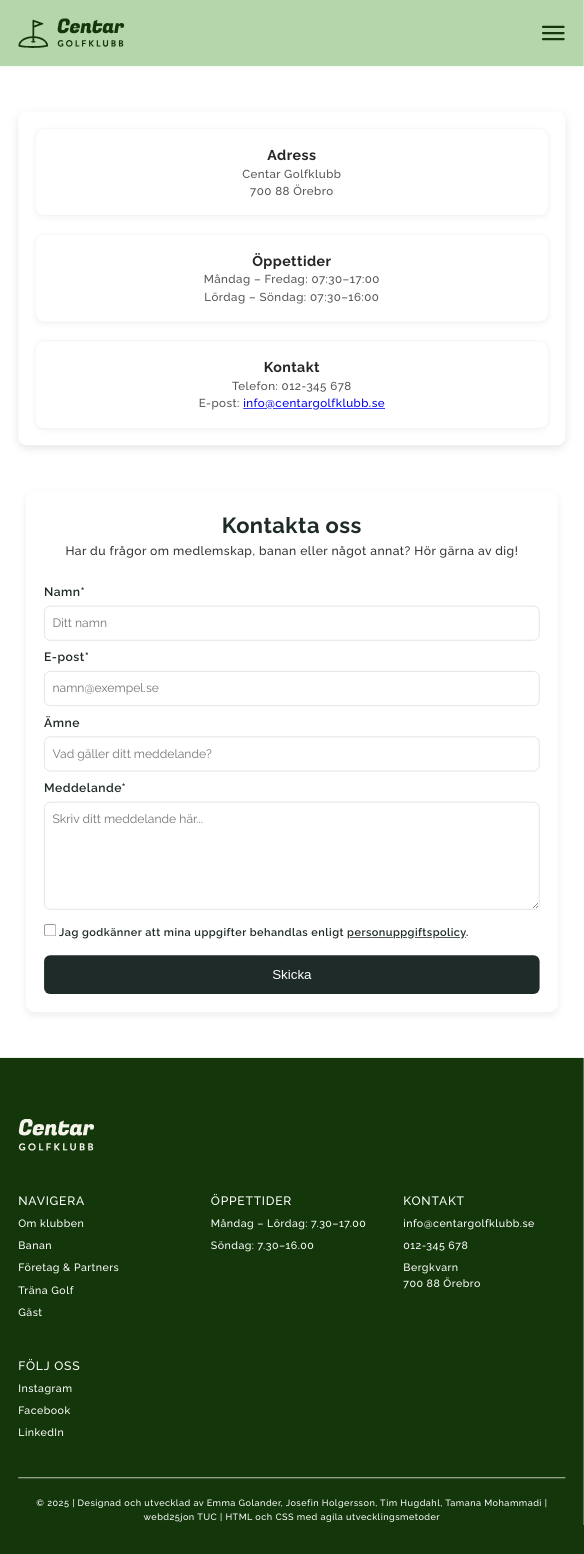
Repository: Tamana831/GolfklubbCentar
Page: kontakt.html
These files come from the project's save history. The page is drawn as it stood at one moment and after the next save; the edit follows.
The browser window is 768 px wide. The pictures show the whole page, at 76% of full size.

Above is the page before, as saved 2025-10-24 00:30:40.

### kontakt.html
<!DOCTYPE html>
<html lang="sv">
  <head>
    <meta charset="UTF-8" />
    <meta name="viewport" content="width=device-width, initial-scale=1.0" />
    <title>Design element</title>
    <!-- variables.css och base.css måste ligga överst då vi vill att den ska läsas in först -->
    <link rel="stylesheet" href="styles/variables.css" />
    <link rel="stylesheet" href="styles/base.css" />
    <link rel="stylesheet" href="styles/kontakt.css" />
  </head>
  <body>
    <!-- Sätter färg hela vägen ut -->
    <header class="bg-green-mid">
      <!-- Nedan div för att sätta maxbredd på sidan -->
      <nav class="container main-nav-wrapper">
        <a href="#"
          ><img
            src="images/centar_logotype_primary_dark.svg"
            alt="Centar logotype"
            class="logotype"
        /></a>
        <input type="checkbox" id="menu-toggle" />
        <label for="menu-toggle" class="menu-button-container">
          <span class="menu-button"></span>
          <!--inline-->
        </label>
        <div class="menu-wrapper">
          <ul>
            <li><a href="spelagolf.html">Spela Golf</a></li>
            <li><a href="medlem.html">Medlem</a></li>
            <li><a href="klubben.html">Klubben</a></li>
            <li><a href="tavling.html">Tävlingar</a></li>
            <li><a href="foretag.html">Företag</a></li>
            <li><a href="restaurang.html">Restaurang</a></li>
            <li><a href="golfshop.html">Golfshop</a></li>
            <li><a href="kontakt.html">Kontakt</a></li>
          </ul>
          <a href="login.html" class="button btn-primary-outline">Logga in</a>
        </div>
      </nav>
    </header>
      <!-- HELA KONTAKTSEKTIONEN MED BAKGRUND -->
    <section class="contact-section" aria-labelledby="kontakt-h1">
      <div class="container">

        <!-- KONTAKT-BOXAR -->
        <div class="contact-wrapper" aria-labelledby="kontakt-info-heading">
          <div class="contact-card" role="region" aria-labelledby="adress-heading">
            <h3 id="adress-heading">Adress</h3>
            <p>Centar Golfklubb<br />700 88 Örebro</p>
          </div>

          <div class="contact-card" role="region" aria-labelledby="oppettider-heading">
            <h3 id="oppettider-heading">Öppettider</h3>
            <p>Måndag – Fredag: 07:30–17:00<br />Lördag – Söndag: 07:30–16:00</p>
          </div>

          <div class="contact-card" role="region" aria-labelledby="kontakt-heading">
            <h3 id="kontakt-heading">Kontakt</h3>
            <p>Telefon: 012-345 678<br />E-post: <a href="mailto:info@centargolfklubb.se">info@centargolfklubb.se</a></p>
          </div>
        </div>

        <!-- FORMULÄR -->
        <div class="contact-container" role="region" aria-labelledby="kontakt-h1">
          <header class="contact-header">
            <h1 id="kontakt-h1">Kontakta oss</h1>
            <p>Har du frågor om medlemskap, banan eller något annat? Hör gärna av dig!</p>
          </header>

          <form class="contact-form" action="#" method="post" novalidate>
            <label for="name">Namn*</label>
            <input type="text" id="name" name="name" required placeholder="Ditt namn" />

            <label for="email">E-post*</label>
            <input type="email" id="email" name="email" required placeholder="namn@exempel.se" />

            <label for="subject">Ämne</label>
            <input type="text" id="subject" name="subject" placeholder="Vad gäller ditt meddelande?" />

            <label for="message">Meddelande*</label>
            <textarea id="message" name="message" rows="5" required placeholder="Skriv ditt meddelande här..."></textarea>

            <!-- GDPR / samtycke -->
            <label class="gdpr-label" for="consent">
              <input type="checkbox" id="consent" name="consent" required />
              Jag godkänner att mina uppgifter behandlas enligt
              <a href="#" target="_blank" rel="noopener noreferrer">personuppgiftspolicy</a>.
            </label>

            <!-- Valfritt: ett litet felmeddelande-element (kan visas via JS/CSS vid behov) -->
            <p class="form-error" aria-live="polite" style="display:none; color:#c0392b; margin-top:8px;">
              Du måste godkänna personuppgiftspolicyn för att skicka formuläret.
            </p>

            <button type="submit">Skicka</button>
          </form>
        </div>
      </div>
    </section>

    <!-- FOOTER -->
    <footer class="bg-green-dark" role="contentinfo">

      <div class="container text-white footer-wrapper">
        <nav class="foot-nav-wrapper body-sm" aria-label="Sidfot navigation">
          <div class="foot-nav-item foot-logo-wrapper">
            <a href="index.html">
              <img src="images/centar_logo_wordmark_neg.svg" alt="Centar logotype negative" class="logo-wordmark" />
            </a>
          </div>

          <section class="foot-nav-item">
            <h5 class="overline">Navigera</h5>
            <ul>
              <li><a href="#">Om klubben</a></li>
              <li><a href="#">Banan</a></li>
              <li><a href="#">Företag &amp; Partners</a></li>
              <li><a href="#">Träna Golf</a></li>
              <li><a href="#">Gäst</a></li>
            </ul>
          </section>

          <section class="foot-nav-item">
            <h5 class="overline">Öppettider</h5>
            <p>Måndag – Lördag: 7.30–17.00</p>
            <p>Söndag: 7.30–16.00</p>
          </section>

          <section class="foot-nav-item">
            <h5 class="overline">Kontakt</h5>
            <a href="mailto:info@centargolfklubb.se">info@centargolfklubb.se</a>
            <a href="tel:+46123456789">012-345 678</a>
            <address>Bergkvarn<br />700 88 Örebro</address>
          </section>

          <section class="foot-nav-item">
            <h5 class="overline">Följ oss</h5>
            <ul>
              <li><a href="#">Instagram</a></li>
              <li><a href="#">Facebook</a></li>
              <li><a href="#">LinkedIn</a></li>
            </ul>
          </section>
        </nav>

        <div class="byline-wrapper text-center">
          <p>
            &copy; 2025 | Designad och utvecklad av Emma Golander, Josefin
            Holgersson, Tim Hugdahl, Tamana Mohammadi | webd25jon TUC |
            HTML och CSS med agila utvecklingsmetoder
          </p>
        </div>
      </div>
    </footer>
  </body>
</html>

### styles/variables.css
/* Variabler. I och med att vi lägger det i root så går de att nå i alla css-filer.*/
:root {
  /* FÄRGER */
  --color-green-dark: #13360a;
  --color-green-mid: #b3d6aa;
  --color-green-light: #ecf6e9;
  --color-green-accent: #14bf71;

  --color-blue-mid: #c8e0e8;
  --color-blue-light: #e4f0f4;
  --color-beige-light: #f4f3e9;

  --color-text-black: #262626;
  --color-text-grey: #3d3d3d;
  --color-text-white: #ffffff;

  /* SPACING */
  --space-xxs: 0.5rem; /* 8px, minsta avstånd, typ ikoner, små knappar*/
  --space-xs: 1rem; /* 16px, litet avstånd, tex mellan text och knapp  */
  --space-sm: 1.5rem; /* 24px, lite större, ofta mellan rubrik och text */
  --space-md: 2.5rem; /* 40px, ännu lite större, ofta mellan större rubrik och text */
  --space-lg: 3.5rem; /* 56px */
  --space-xl: 5rem; /* 80px, större block, typ mellan sektioner*/
  --space-xxl: 7.5rem; /* 120px, stort avstånd mellan sektioner */
}

### styles/base.css
@import url("https://fonts.googleapis.com/css2?family=Raleway:ital,wght@0,100..900;1,100..900&display=swap");
/* Reset */
* {
  box-sizing: border-box;
  margin: 0;
  padding: 0;
  line-height: 1.5;
}

body {
  color: var(--color-text-black); /* Textfärg för hela sidan */
  font-family: "Raleway", sans-serif;
  font-weight: 500;
  letter-spacing: 0.6px;
  -webkit-font-smoothing: antialiased;
  -moz-osx-font-smoothing: grayscale;
}

/* Klassen container styr sidans maxbredd. */
.container {
  margin: 0 auto;
  max-width: 1280px;
  /* Är det för tight padding i mobil?? */
  padding-left: var(--space-sm);
  padding-right: var(--space-sm);
}
/* @media (min-width: 768px) {
  .container {
    padding-left: var(--space-sm);
    padding-right: var(--space-sm);
  }
} */

/* ---------- BAKGRUNDSFÄRG styling  ---------- */
/* Gör vad som känns enklast, antingen med klass på html-elmentet eller med hjälp av css direkt på elementet. */
.bg-green-dark {
  background-color: var(--color-green-dark);
}
.bg-green-mid {
  background-color: var(--color-green-mid);
}
.bg-green-light {
  background-color: var(--color-green-light);
}
.bg-blue-mid {
  background-color: var(--color-blue-mid);
}
.bg-blue-light {
  background-color: var(--color-blue-light);
}
.bg-beige-light {
  background-color: var(--color-beige-light);
}

/* ---------- TEXT styling ---------- */
/* Utgår från mobil och skalar upp, se media queries */
/* text- för rubriker */
.text-xxl,
.text-xl,
.text-lg,
.text-md,
.text-sm {
  font-weight: 600;
  letter-spacing: normal; /* nollställer letter-spacing som är satt i body */
  line-height: 1.25;
}
.text-xxl {
  font-size: 2.5rem; /* 40px mobil, 64px desktop */
}
.text-xl {
  font-size: 2rem; /* 32px mobil, 48px desktop */
  margin-bottom: var(--space-md);
}
.text-lg {
  font-size: 1.75rem; /* 28px mobil, 32px desktop */
  margin-bottom: var(--space-sm);
}
.text-md {
  font-size: 1.25rem; /* 20px mobil, 24px desktop */
  margin-bottom: var(--space-xs);
}
.text-sm {
  font-size: 1rem; /* 16px */
  margin-bottom: var(--space-xs);
}
/* body- för brödtext och ingress */
.body-sm {
  font-size: 0.875rem; /* 14px */
}
.body {
  font-size: 1rem; /* 16px */
}
.body-lg {
  font-size: 1rem; /* 16px mobil, 20px desktop */
}
.overline {
  font-size: 1rem; /* 16px */
  font-weight: 500;
  text-transform: uppercase;
  letter-spacing: 1px;
}
/* Större px-storlek från tablet och uppåt */
@media (min-width: 768px) {
  .text-xxl {
    font-size: 4rem; /* 64px */
  }
  .text-xl {
    font-size: 3rem; /* 48px */
  }
  .text-lg {
    font-size: 2rem; /* 32px */
  }
  .text-md {
    font-size: 1.5rem; /* 24px */
  }
  .body-lg {
    font-size: 1.25rem; /* 20px */
  }
}
/* Hjälpklasser */
.text-center {
  text-align: center;
}
.text-white {
  color: var(--color-text-white);
}
.bold {
  font-weight: 700;
}
/* ----------  BUTTONS ---------- */
/* Grundstyling som gäller alla knappar (a-taggar och buttons) */
.button {
  /* Button reset */
  appearance: none; /* tar bort systemets knappstil. */
  -webkit-appearance: none; /* för Safari */
  -moz-appearance: none; /* för Firefox */
  border: none;
  font: inherit; /* Ärver samma font som sidan */
  /* Sätter fast höjd på knappar och justerar in med flex, så man vet att alla knappat alltid är lika höga. */
  height: 42px;
  width: fit-content;
  max-width: 100%;
  display: flex;
  justify-content: center;
  align-items: center;
  text-decoration: none;
  font-weight: 600;
  text-align: center;
  border-radius: 999px;
  padding: 0 var(--space-md); /* Enbart padding i sidled pga fast höjd och flex*/
  cursor: pointer;
  will-change: transform;
  transition: background-color 0.25s ease, transform 0.15s ease;
}
.button:hover {
  transform: scale(1.03);
}
.btn-primary {
  /* Mörkgrön */
  background-color: var(--color-green-dark);
  color: var(--color-beige-light);
}
.btn-cta {
  background-color: var(--color-green-accent);
  color: var(--color-text-white);
}
.btn-primary:hover,
.btn-cta:hover {
  background-color: color-mix(in srgb, var(--color-green-accent) 85%, black);
}
.btn-primary-outline {
  /* Mörkgrön outline */
  border: 2px solid var(--color-green-dark);
  background-color: transparent;
  color: var(--color-green-dark);
}
.btn-primary-outline:hover {
  background-color: var(--color-green-dark);
  color: var(--color-beige-light);
}
/* Focus ring t.ex. när man tabbar sig fram */
.button:focus-visible {
  outline: 3px solid color-mix(in srgb, var(--color-green-accent) 70%, white);
  outline-offset: 3px;
}
@media (max-width: 420px) {
  .button {
    height: auto;
    min-height: 42px;
    padding: 0.5rem var(--space-md);
    white-space: normal;
    line-height: 1.2;
  }
}

/* ---------- NAVIGATION ---------- */
.main-nav-wrapper {
  display: flex;
  justify-content: space-between;
  align-items: center;
  position: relative;
  padding-top: var(--space-sm);
  padding-bottom: var(--space-sm);
}
.logotype {
  width: 140px;
  /* Tar bort margin i botten på bild */
  display: block;
}
.menu-wrapper {
  position: absolute;
  top: 100%; /* lägger meny precis under nav */
  left: 0;
  right: 0;
  background-color: var(--color-green-mid);
  border-top: 1px solid var(--color-green-dark);
  box-shadow: 0 4px 16px 0 rgba(0, 0, 0, 0.08);
  display: flex;
  flex-direction: column;
  padding: var(--space-sm) var(--space-sm) var(--space-lg) var(--space-sm);
  gap: var(--space-xs); /* Avstånd mellan meny och knapp */
  /* Animerar opaciteten */
  max-height: 0;
  opacity: 0;
  overflow: hidden;
  transition: all 700ms cubic-bezier(0.23, 1, 0.32, 1);
}
.menu-wrapper li {
  list-style: none;
  font-size: 1.25rem;
  margin-bottom: var(--space-xs);
}
.menu-wrapper a {
  text-decoration: none;
  color: var(--color-green-dark);
  font-weight: 600;
  transition: background-color 0.5s;
}
.menu-wrapper li a:hover,
.menu-wrapper li a.current {
  padding-bottom: 4px;
  border-bottom: 2px solid var(--color-green-dark);
}
/* Styling hamburgerikon */
.menu-button-container {
  height: 100%;
  width: 32px;
  cursor: pointer;
  display: flex;
  flex-direction: column;
  justify-content: center;
  align-items: center;
}
/* Döljer själva checkboxen*/
#menu-toggle {
  display: none;
}
/* Checkbox (hamburgermenyn) kryssad, menyn visas */
#menu-toggle:checked ~ .menu-wrapper {
  max-height: 600px;
  opacity: 1;
}
/* Hamburgerikonens transformation till ett "X" */
#menu-toggle:checked + .menu-button-container .menu-button::before {
  margin-top: 0;
  transform: rotate(45deg);
}
#menu-toggle:checked + .menu-button-container .menu-button {
  background: transparent;
}
#menu-toggle:checked + .menu-button-container .menu-button::after {
  margin-top: 0;
  transform: rotate(-45deg);
}
/* Stylar "strecken" i hamburgermenyn  */
.menu-button,
.menu-button::before,
.menu-button::after {
  display: block;
  background-color: var(--color-green-dark);
  position: absolute;
  height: 3px;
  width: 30px;
  border-radius: 2px;
  transition: transform 400ms cubic-bezier(0.23, 1, 0.32, 1);
}
.menu-button::before {
  content: "";
  margin-top: -8px;
}
.menu-button::after {
  content: "";
  margin-top: 8px;
}
/* Desktop */
@media (min-width: 1024px) {
  .main-nav-wrapper {
    align-items: flex-start;
    padding-top: var(--space-md);
    padding-bottom: var(--space-md);
  }
  .logotype {
    width: 200px;
    padding-right: var(--space-md);
  }
  .menu-button-container {
    display: none; /* Döljer hamburgarikon */
  }
  .menu-wrapper {
    position: static;
    background-color: transparent;
    display: flex;
    flex-direction: row;
    align-items: flex-start;
    padding: 0;
    gap: var(--space-md); /* Avstånd mellan meny och knapp */
    box-shadow: none;
    border-top: none;
    /* Återställer styling för animering */
    max-height: none;
    opacity: 1;
    overflow: visible;
    transition: none;
  }
  .menu-wrapper ul {
    display: flex;
    flex-wrap: wrap;
    justify-content: center;
    align-items: center;
    column-gap: var(--space-sm);
    row-gap: var(--space-xs);
  }
  .menu-wrapper li {
    margin-bottom: 0;
    font-size: 1rem;
  }
  .menu-wrapper .button {
    min-width: 160px; /* Måste sätta bredd annars vill texten hamna på två rader */
  }
}
@media (min-width: 1200px) {
  .main-nav-wrapper {
    align-items: center;
  }
  .menu-wrapper {
    align-items: center;
  }
}

/* Exempel-styling */
.hero {
  display: flex;
  flex-direction: column;
  justify-content: center;
  align-items: center;
  background-color: plum; /* Färg och höjd för att man ska se något nu.*/
  height: 500px;
  margin-bottom: var(--space-xl);
}
.btn-wrapper {
  display: flex;
  gap: var(--space-xs);
}

/* ----------  FOOTER ---------- */
/* Container-klassen styr padding i sidled så sätter top och bottom här. */
.footer-wrapper {
  padding-top: var(--space-xl);
  padding-bottom: var(--space-md);
}
.foot-nav-wrapper {
  display: grid; /* Grid aktiverad från start */
  grid-template-columns: 1fr;
  gap: var(--space-md); /* Mellanrum mellan sektioner */
  margin-bottom: var(--space-md);
}
footer .logo-wordmark {
  width: 100px;
}
footer .overline {
  margin-bottom: var(--space-xxs);
}
.foot-nav-item a,
.foot-nav-item p,
.foot-nav-item address {
  margin-bottom: var(--space-xxs);
  font-style: normal;
}
.foot-nav-item li {
  list-style: none;
}
.foot-nav-item a {
  display: block;
  text-decoration: none;
  color: var(--color-text-white);
}
.foot-nav-item a:hover {
  text-decoration: underline;
}
.byline-wrapper {
  border-top: 0.5px solid var(--color-beige-light);
}
.byline-wrapper p {
  font-size: 0.75rem;
  padding-top: var(--space-sm);
}
/* Tablet */
@media (min-width: 768px) {
  .foot-nav-wrapper {
    grid-template-columns: repeat(3, 1fr);
  }
  .foot-logo-wrapper {
    grid-column: span 3;
  }
}
/* Desktop */
@media (min-width: 1200px) {
  .foot-nav-wrapper {
    grid-template-columns: repeat(5, 1fr);
  }
  .foot-logo-wrapper {
    grid-column: span 1;
  }
}

### styles/kontakt.css
/* KONTAKT-SEKTION – samma stil som medlemssidan */
.contact-wrapper {
  display: flex;
  justify-content: space-between;
  align-items: stretch; /* alla boxar lika höga */
  gap: 24px;
  max-width: 944px;
  margin: 60px auto;
  border: 2px solid #fff;
  border-radius: 12px;
  background: #fff;
  box-shadow: 0 4px 12px rgba(0,0,0,0.1);
  overflow: hidden;
  padding: 24px;
  flex-wrap: wrap;
  background: #fff; /* bakgrundsfärg för hela kontaktboxen */
  box-shadow: 0 4px 12px rgba(0, 0, 0, 0.1);
  padding: 24px;
  flex-wrap: nowrap;
  overflow: hidden;

}

.contact-card {
  flex: 1;
  min-width: 260px;
  text-align: center;
  background: #fff;
  border-radius: 12px;
  padding: 20px;
  display: flex;
  flex-direction: column;
  justify-content: center;
  border: 1px solid rgba(0,0,0,0.04);
  box-shadow: 0 2px 8px rgba(0,0,0,0.05);
  transition: transform 0.2s ease;
  flex: 1;
  padding: 12px;
  transition: 0.2s ease;
  background: #fff; /* färg för varje liten box */
}

.contact-card:hover {
  transform: translateY(-3px);
}

.contact-card h2 {
  font-size: 1.2rem;
  margin-bottom: 10px;
  color: #1f2b28;
}

.contact-card p {
  font-size: 0.95rem;
  color: #555;
  line-height: 1.5;
}

/*--- FORMULÄR ---*/
.contact-container {
  max-width: 700px;
  margin: 60px auto;
  padding: 24px;
  background: #fff; /* samma bakgrundsfärg som huvudboxen */
  border-radius: 12px;
  box-shadow: 0 4px 10px rgba(0, 0, 0, 0.08);
}

.contact-header {
  text-align: center;
  margin-bottom: 30px;
}

.contact-header h1 {
  font-size: 1.8rem;
  color: #1f2b28;
}

.contact-header p {
  color: #333;
  font-size: 1rem;
}

.contact-form label {
  display: block;
  margin-top: 10px;
  font-weight: 600;
  color: #1f2b28;
}

.contact-form input,
.contact-form textarea {
  width: 100%;
  padding: 10px;
  margin-top: 6px;
  border: 1px solid #ddd;
  border-radius: 8px;
  font-size: 1rem;
  font-family: inherit;
  background: #fff;
}

.contact-form button {
  margin-top: 20px;
  width: 100%;
  padding: 12px;
  background: #1f2b28;
  color: white;
  border: none;
  border-radius: 8px;
  cursor: pointer;
  font-size: 1.1rem;
  transition: background 0.2s ease;
}

.contact-form button:hover {
  background: #3a4a46;
}
.gdpr-label {
  font-size: 0.9rem;
  color: #333;
  margin-top: 16px;
  display: flex;
  align-items: flex-start;
  gap: 8px;
  line-height: 1.4;
}

.gdpr-label input {
  width: 16px;
  height: 16px;
  margin-top: 2px;
  cursor: pointer;
}

.gdpr-label a {
  color: #1f2b28;
  text-decoration: underline;
}

.gdpr-label a:hover {
  text-decoration: none;
}


/* --- RESPONSIVT --- */
@media (max-width: 768px) {
  .contact-wrapper {
    flex-direction: column;
    flex-wrap: wrap;
  }

/* Responsiv design – staplas på mobil */
@media (max-width: 768px) {
  .contact-wrapper {
    flex-direction: column;

    padding: 20px;
  }
}
  .contact-card {
    width: 100%;
  }



.contact-card {
  flex: 1;
  min-width: 260px;
  text-align: center;
  background: #fff;
  border-radius: 12px;
  padding: 20px;
  display: flex;
  flex-direction: column;
  justify-content: center;
  border: 1px solid rgba(0,0,0,0.04);
  box-shadow: 0 2px 8px rgba(0,0,0,0.05);
  transition: transform 0.2s ease;
}

.contact-card:hover {
  transform: translateY(-3px);
}

.contact-card h2 {
  font-size: 1.2rem;
  margin-bottom: 10px;
  color: #1f2b28;
}

.contact-card p {
  font-size: 0.95rem;
  color: #555;
  line-height: 1.5;
}
}
/* Responsiv design – staplas på mobil */
@media (max-width: 768px) {
  .contact-wrapper {
    flex-direction: column;
    padding: 20px;
  }

  .contact-card {
    width: 100%;
  }
}

After the next save:
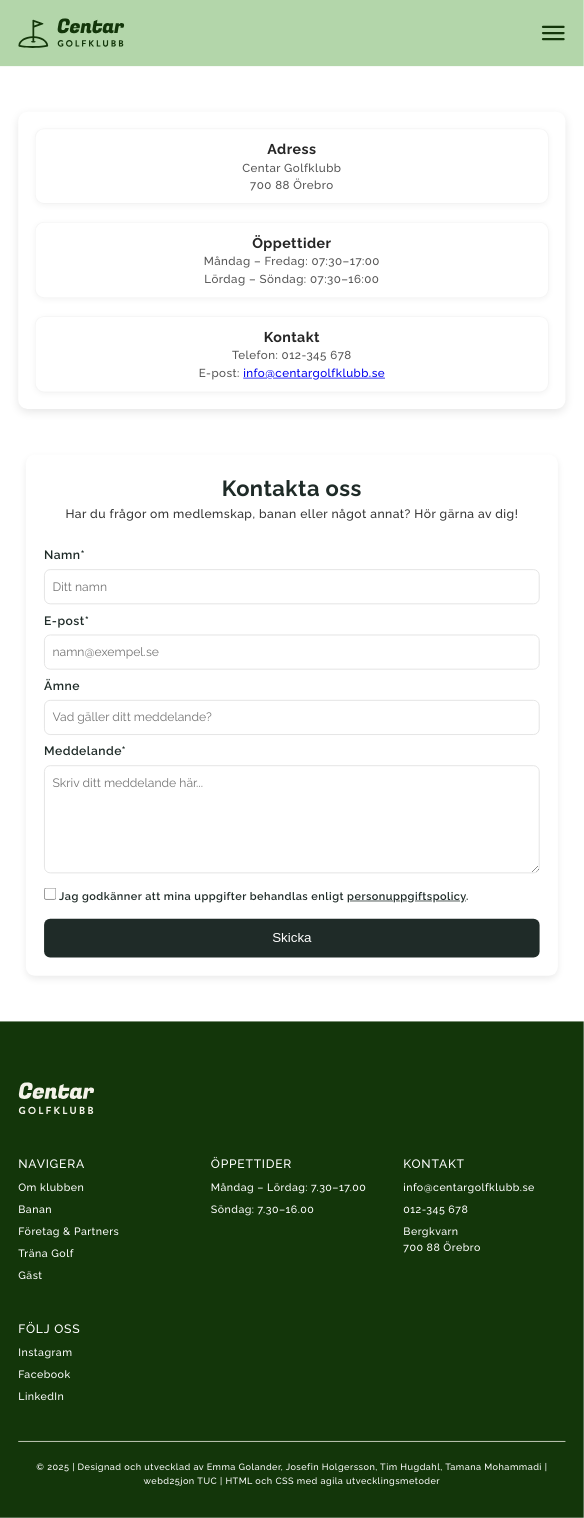
Saved 2 min 31 s later.
--- a/styles/kontakt.css
+++ b/styles/kontakt.css
@@ -19,6 +19,13 @@
   flex-wrap: nowrap;
   overflow: hidden;
 
+}
+,background: #C8E0E8; /* bakgrundsfärg för hela kontaktboxen */{
+  flex: 1;
+  display: flex;
+  justify-content: center;
+  align-items: center;
+  padding: 20px;
 }
 
 .contact-card {
@@ -163,22 +170,6 @@
   }
 
 
-
-.contact-card {
-  flex: 1;
-  min-width: 260px;
-  text-align: center;
-  background: #fff;
-  border-radius: 12px;
-  padding: 20px;
-  display: flex;
-  flex-direction: column;
-  justify-content: center;
-  border: 1px solid rgba(0,0,0,0.04);
-  box-shadow: 0 2px 8px rgba(0,0,0,0.05);
-  transition: transform 0.2s ease;
-}
-
 .contact-card:hover {
   transform: translateY(-3px);
 }
